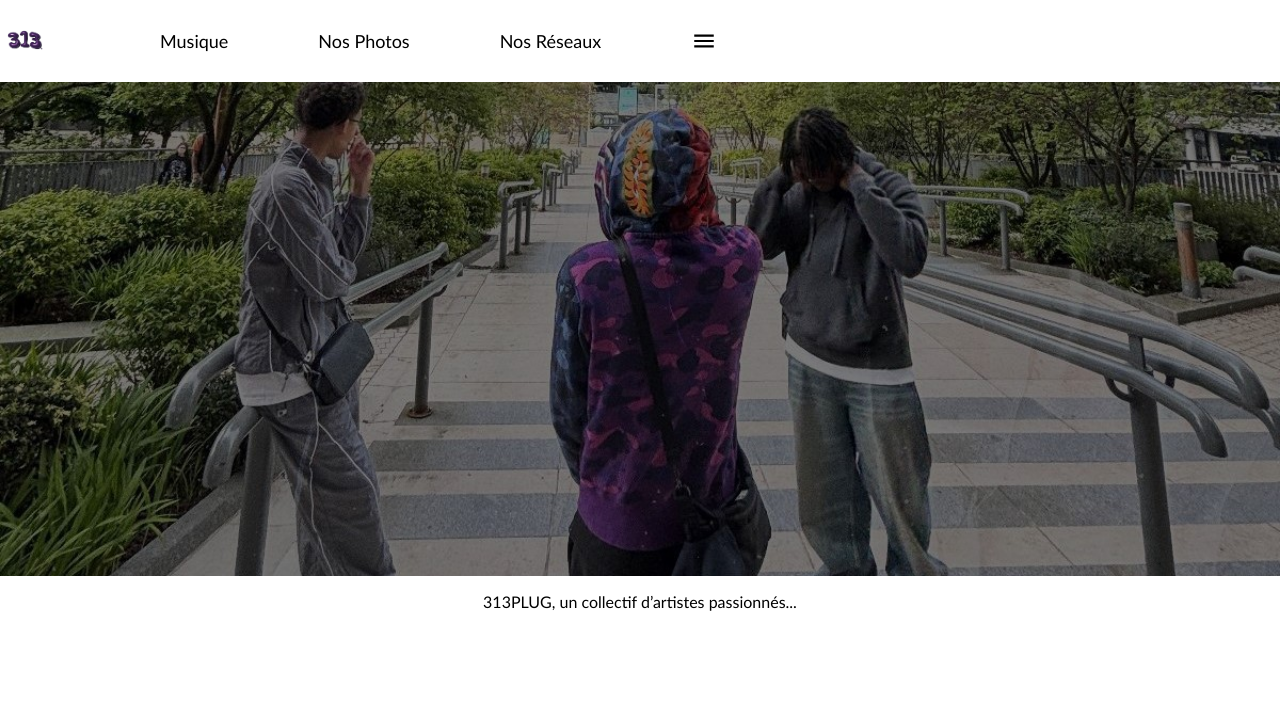
Repository: 313Kody/313plug-Site-Officiel
Page: index.html
An editor plug-in stored every save of this project. The page is shown before and after the next save, followed by the edit.
The browser window is 1280 px wide. The pictures show the whole page.

Above is the page before, as saved 2024-11-11 19:03:06.

After the next save:
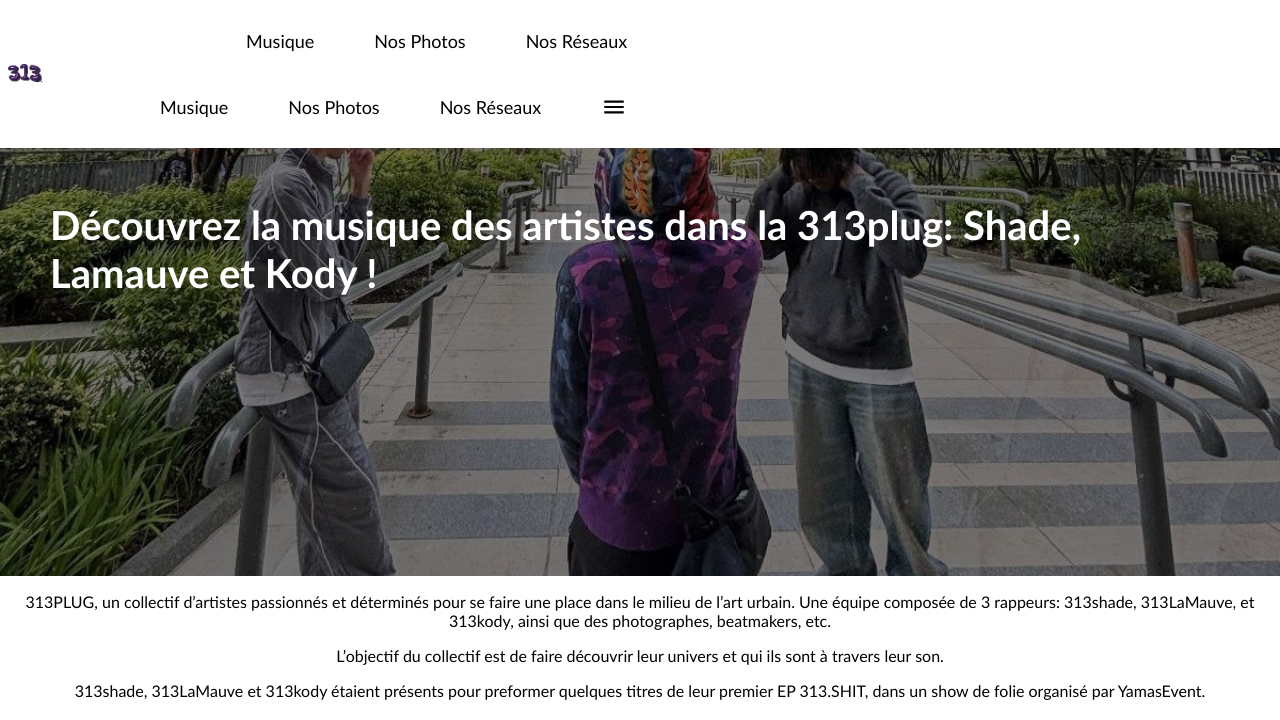
Saved 14 min 27 s later.
--- a/index.html
+++ b/index.html
@@ -3,50 +3,45 @@
 <head>
    <meta charset="UTF-8">
    <meta name="viewport" content="width=device-width, initial-scale=1.0">
-   <title>313plug - Site Officiel</title>
-   <link rel="stylesheet" href="CSS/styles.css">
-</head>
-<body>
-   <section class="hautdepage">
-      <header class="header">
-         <div class="logo">
-            <a href="test.html" class="logo">
-               <img src="images/313_logo_Lamauve-removebg-preview.png" alt="logo du groupe">
-            </a>
+      <title>313plug - Site Officiel</title>
+      <link rel="stylesheet" href="CSS/styles.css">
+   </head>
+   <body>
+      <section class="hautdepage">
+         <header class="header">
+            <div class="logo">
+               <a href="test.html" class="logo">
+                   <img src="images/313_logo_Lamauve-removebg-preview.png" alt="logo du groupe">
+               </a>
+            </div>
+            <nav>
+               <ul class="Sidebar">
+                  <li><a href="musique.html" target="_blank">Musique</a></li>
+                  <li><a href="photo.html" target="_blank">Nos Photos</a></li>
+                  <li><a href="réseau.html" target="_blank">Nos R&eacute;seaux</a></li>
+               </ul>
+               <ul>
+                  <li><a href="musique.html" target="_blank">Musique</a></li>
+                  <li><a href="photo.html" target="_blank">Nos Photos</a></li>
+                  <li><a href="réseau.html" target="_blank">Nos R&eacute;seaux</a></li>
+                  <li onclick=showSidebar()><a href="#"><svg xmlns="http://www.w3.org/2000/svg" height="26px" viewBox="0 -960 960 960" width="26px" fill="#000000"><path d="M120-240v-80h720v80H120Zm0-200v-80h720v80H120Zm0-200v-80h720v80H120Z"/></svg></a></li>
+               </ul>
+            </nav>
+         </header>
+         <div class="landing-page">
+            <h1 class="big-title">D&eacute;couvrez la musique des artistes dans la 313plug: Shade, Lamauve et Kody !</h1>
          </div>
-         <nav>
-            <ul class="main-nav">
-               <li><a href="musique.html" target="_blank">Musique</a></li>
-               <li><a href="photo.html" target="_blank">Nos Photos</a></li>
-               <li><a href="réseau.html" target="_blank">Nos R&eacute;seaux</a></li>
-               <li><a href="#" onclick="toggleSidebar()"><svg xmlns="http://www.w3.org/2000/svg" height="26px" viewBox="0 -960 960 960" width="26px" fill="#000000"><path d="M120-240v-80h720v80H120Zm0-200v-80h720v80H120Zm0-200v-80h720v80H120Z"/></svg></a></li>
-            </ul>
-         </nav>
-      </header>
-   </section>
+            </section>
+      <center>
+      <p>313PLUG, un collectif d&rsquo;artistes passionn&eacute;s et d&eacute;termin&eacute;s pour se faire une place dans le milieu de l&rsquo;art urbain. Une &eacute;quipe compos&eacute;e de 3 rappeurs: 313shade, 313LaMauve, et 313kody, ainsi que des photographes, beatmakers, etc.</p>
+      <p>L&rsquo;objectif du collectif est de faire d&eacute;couvrir leur univers et qui ils sont &agrave; travers leur son.</p>
+      <p>313shade, 313LaMauve et 313kody &eacute;taient pr&eacute;sents pour preformer quelques titres de leur premier EP 313.SHIT, dans un show de folie organis&eacute; par YamasEvent.</p>
+      </center>
+      <section class="musique-shortcut">
+         <div>
 
-   <div class="sidebar" id="sidebar">
-      <ul>
-         <li><a href="musique.html">Musique</a></li>
-         <li><a href="photo.html">Nos Photos</a></li>
-         <li><a href="réseau.html">Nos R&eacute;seaux</a></li>
-         <li onclick="hideSidebar()"><a href="#"><svg xmlns="http://www.w3.org/2000/svg" height="26px" viewBox="0 -960 960 960" width="26px" fill="#000000"><path d="m256-200-56-56 224-224-224-224 56-56 224 224 224-224 56 56-224 224 224 224-56 56-224-224-224 224Z"/></svg></a></li>
-      </ul>
-   </div>
+         </div>
+      </section>
 
-   <center>
-      <p>313PLUG, un collectif d&rsquo;artistes passionn&eacute;s...</p>
-   </center>
-
-   <script>
-      function toggleSidebar() {
-         const sidebar = document.getElementById('sidebar');
-         sidebar.style.display = 'flex'
-      }
-      function hideSidebar() {
-         const sidebar = document.getElementById('sidebar');
-         sidebar.style.display = 'none'
-      }
-   </script>
-</body>
+   </body>
 </html>
